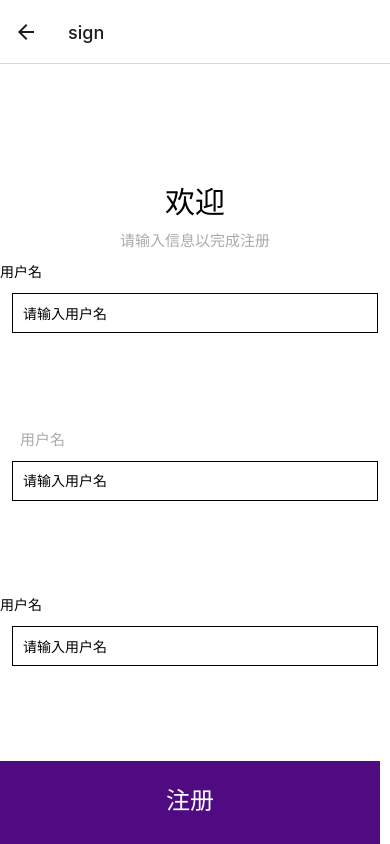
Repository: eyebone/barManager
Page: /sign
The author's editor kept a copy of each file at every save. The page is drawn from the files as they stood at one save, then again after a run of saves.
The browser window is 390 px wide. The pictures show the whole page.
The app was drawn by React Native's web renderer in a window 390 px wide. The project was rebuilt for these pictures with package versions that can differ from the ones it lists, and the page was loaded fresh each time. Also part of the build but not shown: components/EmojiPicker.js, components/Button.js, components/ImageViewer.js, components/circleButton.js, components/IconButton.js, view/ViewOne.js.

Above is the page before, as saved 2023-06-26 10:18:56.

After the next 2 saves:
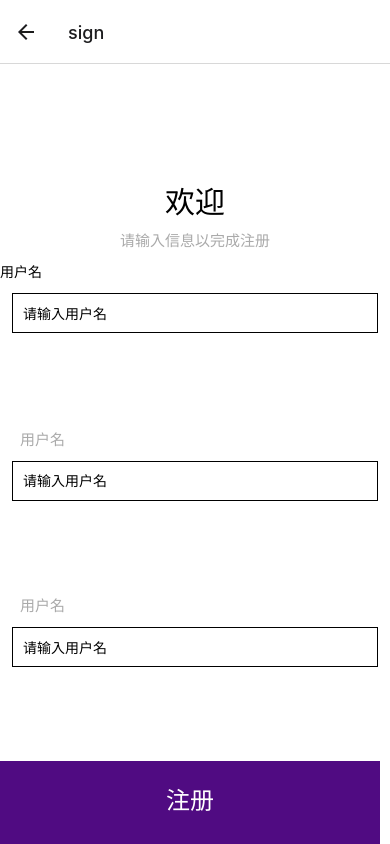
The 2 saves are shown as one change because they came seconds apart.
The last was saved 19 s later.
--- a/view/Sign.js
+++ b/view/Sign.js
@@ -44,7 +44,7 @@ export function SignView() {
         />
       </View>
       <View style={styles.inputBar}>
-        <Text>用户名</Text>
+        <Text style={styles.smallText}>用户名</Text>
         <TextInput
           style={styles.input}
           placeholder="请输入用户名"
